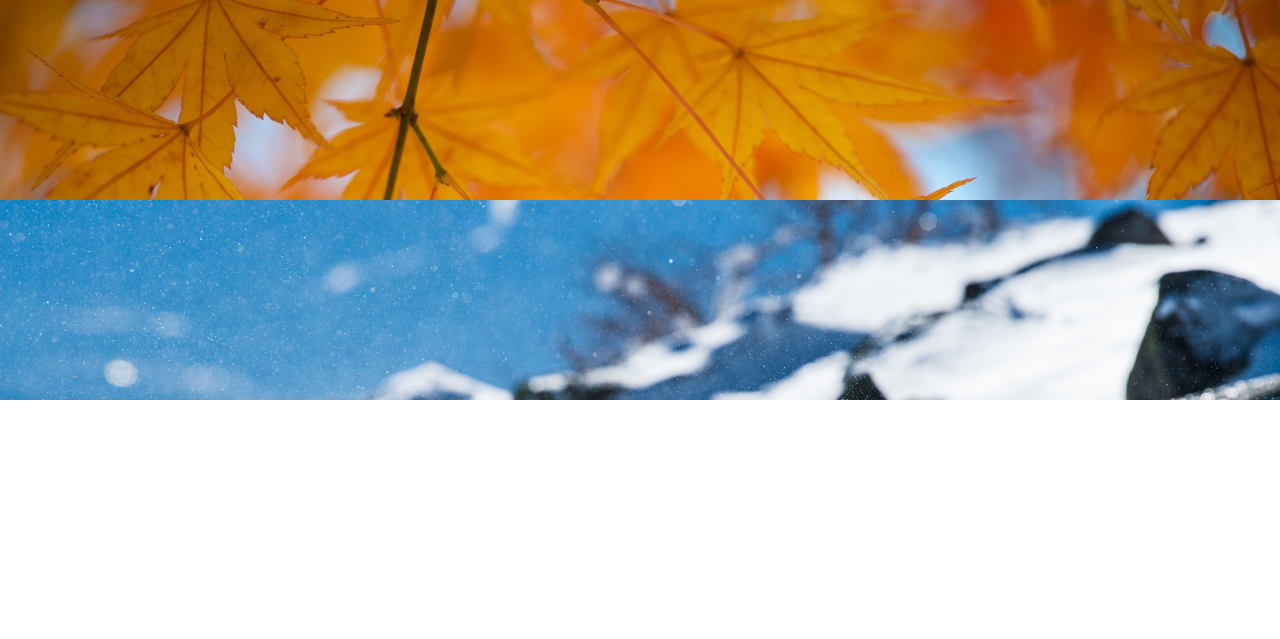
Repository: atsuyan-i/git-practice2
Page: chapter/chapter6.html
The author's editor kept a record of every edit. The page is drawn from the files as they stood at one moment, then again after the next edit.
The browser window is 1280 px wide. The pictures show the whole page.

Above is the page before.

After the next edit:
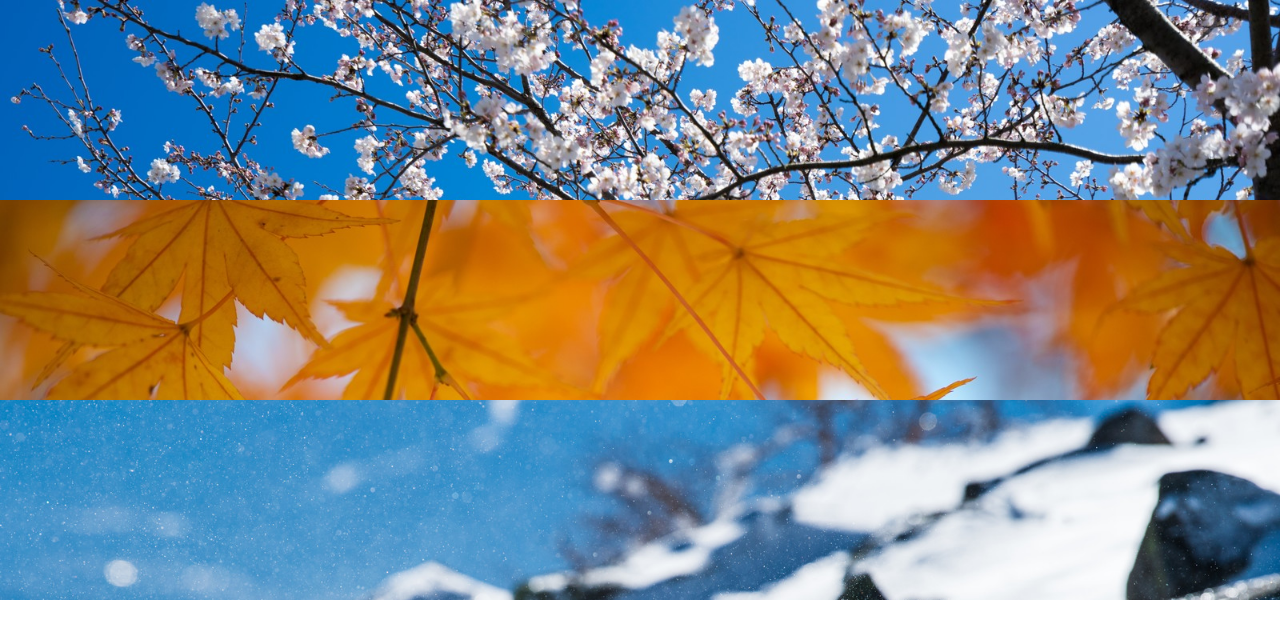
The edit:
--- a/chapter/chapter6.css
+++ b/chapter/chapter6.css
@@ -18,7 +18,7 @@
   background-size: cover;
 }
 
-.box1 {
+.box3 {
   height: 200px;
   background-image: url(img/box3.jpg);
   background-size: contain;
